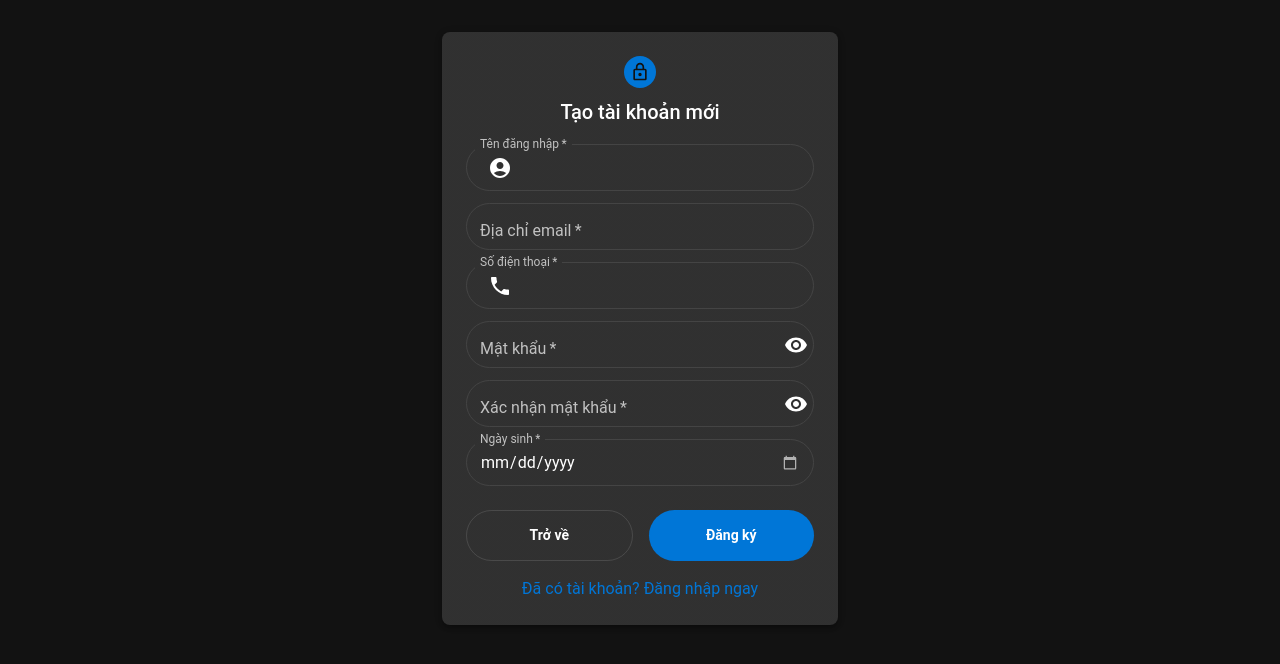
Repository: thtrunghau/ecommerce-ui-dacntt
Page: /auth/register
The author's editor kept a copy of each file at every save. The page is drawn from the files as they stood at one save, then again after the next save.
The browser window is 1280 px wide. The pictures show the whole page.
The project was rebuilt for these pictures with package versions that can differ from the ones it lists, and the page was loaded fresh each time. Also part of the build but not shown: vite.config.ts, src/mockData/mockData.ts, src/utils/helpers.ts, src/components/shared/NavDropdown.tsx, src/components/shared/UserMenu.tsx, src/components/shared/Header.tsx, src/components/common/RoundedButton.tsx, src/components/features/home/HeroSection.tsx and 7 more.

Above is the page before, as saved 2025-06-13 00:23:02.

### src/index.css
@tailwind base;
@tailwind components;
@tailwind utilities;

/* Custom line clamp utilities */
.line-clamp-2 {
  display: -webkit-box;
  -webkit-line-clamp: 2;
  -webkit-box-orient: vertical;
  overflow: hidden;
}

/* Animation utilities */
@keyframes fade-in-up {
  from {
    opacity: 0;
    transform: translateY(20px);
  }
  to {
    opacity: 1;
    transform: translateY(0);
  }
}

.animate-fade-in-up {
  animation: fade-in-up 0.6s ease-out;
}

### src/App.tsx
import { BrowserRouter as Router, Routes, Route } from "react-router-dom";
import Header from "./components/shared/Header";
import Home from "./pages/Home";
import Footer from "./components/shared/Footer";
import { AuthProvider } from "./contexts/AuthContext";
import Register from "./pages/auth/Register";
import Login from "./pages/auth/Login";
import RegisterStandalone from "./pages/auth/RegisterStandalone";
import LoginStandalone from "./pages/auth/LoginStandalone";

export default function App() {
  return (
    <AuthProvider>
      <Router>
        {" "}
        <Routes>
          {" "}
          {/* Auth routes */}
          <Route path="/auth">
            <Route path="register" element={<RegisterStandalone />} />
            <Route path="login" element={<LoginStandalone />} />
          </Route>
          {/* Main layout routes with header/footer */}
          <Route
            path="/*"
            element={
              <div className="flex min-h-screen flex-col">
                <Header />
                <main className="flex-grow pt-24 lg:pt-28">
                  <Routes>
                    <Route path="/" element={<Home />} />
                    <Route path="/register" element={<Register />} />
                    <Route path="/login" element={<Login />} />
                    {/* Add other routes here as needed */}
                  </Routes>
                </main>
                <Footer />
              </div>
            }
          />
        </Routes>
      </Router>
    </AuthProvider>
  );
}

### src/contexts/AuthContext.tsx
import {
  createContext,
  useContext,
  useState,
  type ReactNode,
  useMemo,
} from "react";

interface User {
  id: string;
  username: string;
  email: string;
  phone?: string; // Thêm trường số điện thoại
  name?: string;
  avatar?: string;
}

interface AuthContextType {
  isAuthenticated: boolean;
  user: User | null;
  login: (user: User) => void;
  logout: () => void;
  register: (user: User) => void;
}

const AuthContext = createContext<AuthContextType | undefined>(undefined);

export const AuthProvider = ({ children }: { children: ReactNode }) => {
  const [user, setUser] = useState<User | null>(null);

  // Kiểm tra trạng thái xác thực từ localStorage khi khởi động
  const isAuthenticated = Boolean(user);

  const login = (userData: User) => {
    setUser(userData);
    localStorage.setItem("user", JSON.stringify(userData));
  };

  const logout = () => {
    setUser(null);
    localStorage.removeItem("user");
  };

  const register = (userData: User) => {
    // Trong thực tế, đây là nơi bạn sẽ gọi API đăng ký
    setUser(userData);
    localStorage.setItem("user", JSON.stringify(userData));
  };

  const value = useMemo(
    () => ({
      isAuthenticated,
      user,
      login,
      logout,
      register,
    }),
    [isAuthenticated, user],
  );

  return <AuthContext.Provider value={value}>{children}</AuthContext.Provider>;
};

export const useAuth = () => {
  const context = useContext(AuthContext);
  if (context === undefined) {
    throw new Error("useAuth must be used within an AuthProvider");
  }
  return context;
};

### src/pages/auth/RegisterStandalone.tsx
import React, { useState } from "react";
import { Link, useNavigate } from "react-router-dom";
import {
  Container,
  Box,
  Typography,
  TextField,
  Button,
  Paper,
  Avatar,
  IconButton,
  InputAdornment,
  ThemeProvider,
  createTheme,
  CssBaseline,
  Alert,
} from "@mui/material";
import {
  Visibility,
  VisibilityOff,
  AccountCircle,
  LockOutlined,
  Phone as PhoneIcon,
} from "@mui/icons-material";
import useAuthStore from "../../store/authStore";

const darkTheme = createTheme({
  palette: {
    mode: "dark",
    primary: { main: "#0076d7" },
    secondary: { main: "#30336b" },
    background: { default: "#121212", paper: "#1e1e1e" },
  },
  typography: {
    fontFamily: '"Samsung One", "Roboto", "Helvetica", "Arial", sans-serif',
  },  components: {
    MuiTextField: {
      styleOverrides: {
        root: {
          "& .MuiOutlinedInput-root": {
            "& fieldset": { borderRadius: "9999px", borderColor: "#444" },
            "&:hover fieldset": { borderColor: "#666" },
            "&.Mui-focused fieldset": { borderColor: "#0076d7" },
          },          "& .MuiInputBase-input": {
            padding: "12px 14px",
          },
          "& .MuiInputAdornment-root": {
            marginLeft: "8px",
            marginRight: "-4px",
          },
        },
      },
    },
    MuiButton: {
      styleOverrides: {
        root: {
          borderRadius: "4px",
          textTransform: "none",
          fontWeight: 600,            boxShadow: "none",
            padding: "12px 24px",
            borderRadius: "9999px",
            "&:hover": { boxShadow: "none" },
        },
        contained: {
          backgroundColor: "#0076d7",
          "&:hover": { backgroundColor: "#0067be" },
        },
        outlined: {
          borderColor: "rgba(255, 255, 255, 0.12)",
          color: "#fff",
          "&:hover": {
            borderColor: "rgba(255, 255, 255, 0.24)",
            backgroundColor: "rgba(255, 255, 255, 0.04)",
          },
        },
      },
    },
  },
});

interface FormData {
  username: string;
  email: string;
  phone: string;
  dateOfBirth: string;
  password: string;
  confirmPassword: string;
}

const initialFormData: FormData = {
  username: "",
  email: "",
  phone: "",
  dateOfBirth: "",
  password: "",
  confirmPassword: "",
};

const RegisterStandalone: React.FC = () => {
  const navigate = useNavigate();
  const { register } = useAuthStore();
  const [formData, setFormData] = useState<FormData>(initialFormData);
  const [showPassword, setShowPassword] = useState<boolean>(false);
  const [showConfirmPassword, setShowConfirmPassword] =
    useState<boolean>(false);
  const [errors, setErrors] = useState<Partial<FormData>>({});
  const [formError, setFormError] = useState<string | null>(null);

  const handleChange = (e: React.ChangeEvent<HTMLInputElement>) => {
    const { name, value } = e.target;
    setFormData((prev) => ({ ...prev, [name]: value }));
    if (errors[name as keyof FormData]) {
      setErrors((prev) => ({ ...prev, [name]: undefined }));
    }
    if (formError) setFormError(null);
  };

  const validateForm = (): boolean => {
    const newErrors: Partial<FormData> = {};
    let isValid = true;
    if (!formData.username.trim()) {
      newErrors.username = "Tên đăng nhập là bắt buộc";
      isValid = false;    } else if (formData.username.length < 3) {
      newErrors.username = "Tên đăng nhập phải có ít nhất 3 ký tự";
      isValid = false;
    }
    if (!formData.dateOfBirth) {
      newErrors.dateOfBirth = "Ngày sinh là bắt buộc";
      isValid = false;
    } else {
      const birthDate = new Date(formData.dateOfBirth);
      const today = new Date();
      if (birthDate >= today) {
        newErrors.dateOfBirth = "Ngày sinh không hợp lệ";
        isValid = false;
      }
    }
    if (!formData.email.trim()) {
      newErrors.email = "Email là bắt buộc";
      isValid = false;
    } else {
      const emailRegex = /^[^\s@]+@[^\s@]+\.[^\s@]+$/;
      if (!emailRegex.test(formData.email)) {
        newErrors.email = "Email không hợp lệ";
        isValid = false;
      }
    }
    if (!formData.phone.trim()) {
      newErrors.phone = "Số điện thoại là bắt buộc";
      isValid = false;
    } else {
      const phoneRegex = /^0\d{9}$/;
      if (!phoneRegex.test(formData.phone)) {
        newErrors.phone =
          "Số điện thoại không hợp lệ (phải có 10 số và bắt đầu bằng 0)";
        isValid = false;
      }
    }
    if (!formData.password) {
      newErrors.password = "Mật khẩu là bắt buộc";
      isValid = false;
    } else if (formData.password.length < 6) {
      newErrors.password = "Mật khẩu phải có ít nhất 6 ký tự";
      isValid = false;
    }
    if (formData.password !== formData.confirmPassword) {
      newErrors.confirmPassword = "Mật khẩu xác nhận không khớp";
      isValid = false;
    }
    setErrors(newErrors);
    return isValid;
  };

  const handleSubmit = (e: React.FormEvent<HTMLFormElement>) => {
    e.preventDefault();
    if (validateForm()) {
      try {
        const newUser = {
          id: crypto.randomUUID(),
          username: formData.username,
          email: formData.email,
          phone: formData.phone,
        };
        register(newUser);
        navigate("/");
      } catch (error) {
        setFormError("Đã xảy ra lỗi khi đăng ký. Vui lòng thử lại.");
        console.error("Registration error:", error);
      }
    }
  };

  return (
    <ThemeProvider theme={darkTheme}>
      <CssBaseline />      <Container component="main" maxWidth="xs" sx={{ mb: 4, mt: 4 }}>
        <Paper
          elevation={3}
          sx={{
            p: 3,
            display: "flex",
            flexDirection: "column",
            alignItems: "center",
            bgcolor: "background.paper",
            borderRadius: 2,
          }}
        >
          <Avatar sx={{ mb: 1, bgcolor: "primary.main", width: 32, height: 32 }}>
            <LockOutlined sx={{ fontSize: 20 }} />
          </Avatar>
          <Typography component="h1" variant="h6" sx={{ mb: 2 }}>
            Tạo tài khoản mới
          </Typography>
          {formError && (
            <Alert severity="error" sx={{ width: "100%", mb: 2 }}>
              {formError}
            </Alert>
          )}
          <Box component="form" onSubmit={handleSubmit} sx={{ width: "100%" }}>            <div className="flex flex-col gap-3">
              <TextField
                name="username"
                required
                fullWidth
                id="username"
                label="Tên đăng nhập"
                value={formData.username}
                onChange={handleChange}
                error={Boolean(errors.username)}
                helperText={errors.username}
                InputProps={{
                  startAdornment: (
                    <InputAdornment position="start">
                      <AccountCircle sx={{ color: "action.active" }} />
                    </InputAdornment>
                  ),
                }}
              />
              <TextField
                required
                fullWidth
                id="email"
                label="Địa chỉ email"
                name="email"
                autoComplete="email"
                value={formData.email}
                onChange={handleChange}
                error={Boolean(errors.email)}
                helperText={errors.email}
              />
              <TextField
                required
                fullWidth
                id="phone"
                label="Số điện thoại"
                name="phone"
                autoComplete="tel"
                value={formData.phone}
                onChange={handleChange}
                error={Boolean(errors.phone)}
                helperText={errors.phone}
                InputProps={{
                  startAdornment: (
                    <InputAdornment position="start">
                      <PhoneIcon sx={{ color: "action.active" }} />
                    </InputAdornment>
                  ),
                }}
              />
              <TextField
                required
                fullWidth
                name="password"
                label="Mật khẩu"
                type={showPassword ? "text" : "password"}
                id="password"
                autoComplete="new-password"
                value={formData.password}
                onChange={handleChange}
                error={Boolean(errors.password)}
                helperText={errors.password}
                InputProps={{
                  endAdornment: (
                    <InputAdornment position="end">
                      <IconButton
                        aria-label="toggle password visibility"
                        onClick={() => setShowPassword(!showPassword)}
                        edge="end"
                      >
                        {showPassword ? <VisibilityOff /> : <Visibility />}
                      </IconButton>
                    </InputAdornment>
                  ),
                }}
              />              <TextField
                required
                fullWidth
                name="confirmPassword"
                label="Xác nhận mật khẩu"
                type={showConfirmPassword ? "text" : "password"}
                id="confirmPassword"
                value={formData.confirmPassword}
                onChange={handleChange}
                error={Boolean(errors.confirmPassword)}
                helperText={errors.confirmPassword}
                InputProps={{
                  endAdornment: (
                    <InputAdornment position="end">
                      <IconButton
                        aria-label="toggle confirm password visibility"
                        onClick={() =>
                          setShowConfirmPassword(!showConfirmPassword)
                        }
                        edge="end"
                      >
                        {showConfirmPassword ? (
                          <VisibilityOff />
                        ) : (
                          <Visibility />
                        )}
                      </IconButton>
                    </InputAdornment>
                  ),
                }}
              />
              <TextField
                required
                fullWidth
                id="dateOfBirth"
                label="Ngày sinh"
                name="dateOfBirth"
                type="date"
                value={formData.dateOfBirth}
                onChange={handleChange}
                error={Boolean(errors.dateOfBirth)}
                helperText={errors.dateOfBirth}
                InputLabelProps={{
                  shrink: true,
                }}
                sx={{
                  "& input[type=date]::-webkit-calendar-picker-indicator": {
                    filter: "invert(0.7)",
                  },
                }}
              />
            </div>
            <div className="flex gap-4 mt-6">
              <Button
                onClick={() => navigate(-1)}
                fullWidth
                variant="outlined"
                sx={{
                  borderRadius: "9999px",
                  py: 1.5,
                  borderColor: "rgba(255, 255, 255, 0.12)",
                  "&:hover": {
                    borderColor: "rgba(255, 255, 255, 0.24)",
                  },
                }}
              >
                Trở về
              </Button>
              <Button
                type="submit"
                fullWidth
                variant="contained"
                sx={{
                  borderRadius: "9999px",
                  py: 1.5,
                  bgcolor: "#0076d7",
                  "&:hover": {
                    bgcolor: "#0067be",
                  },
                }}
              >
                Đăng ký
              </Button>
            </div>            <div className="flex justify-center mt-4">
              <Link
                to="/auth/login"
                className="text-primary hover:text-primary/90 transition-colors duration-200"
                style={{ color: darkTheme.palette.primary.main }}
              >
                Đã có tài khoản? Đăng nhập ngay
              </Link>
            </div>
          </Box>
        </Paper>
      </Container>
    </ThemeProvider>
  );
};

export default RegisterStandalone;

### src/store/authStore.ts
import { create } from "zustand";

interface User {
  id: string;
  username: string;
  email: string;
  phone?: string; // Thêm trường số điện thoại
  name?: string;
  avatar?: string;
}

interface AuthState {
  isAuthenticated: boolean;
  user: User | null;
  login: (user: User) => void;
  logout: () => void;
  register: (user: User) => void;
}

// Tạo Auth Store với Zustand
const useAuthStore = create<AuthState>((set) => {
  // Kiểm tra user từ localStorage
  const savedUser = localStorage.getItem("user");
  const parsedUser = savedUser ? JSON.parse(savedUser) : null;

  return {
    isAuthenticated: Boolean(parsedUser),
    user: parsedUser,

    login: (user) => {
      localStorage.setItem("user", JSON.stringify(user));
      set({ isAuthenticated: true, user });
    },

    logout: () => {
      localStorage.removeItem("user");
      set({ isAuthenticated: false, user: null });
    },

    register: (user) => {
      localStorage.setItem("user", JSON.stringify(user));
      set({ isAuthenticated: true, user });
    },
  };
});

export default useAuthStore;

### tailwind.config.js
/** @type {import('tailwindcss').Config} */
export default {
  content: ["./index.html", "./src/**/*.{js,ts,jsx,tsx}"],
  theme: {
    extend: {},
  },
  plugins: [],
  corePlugins: {
    lineClamp: true,
  },
};

Loaded but not shown: index.html (common file); src/main.tsx (common file)

After the next save:
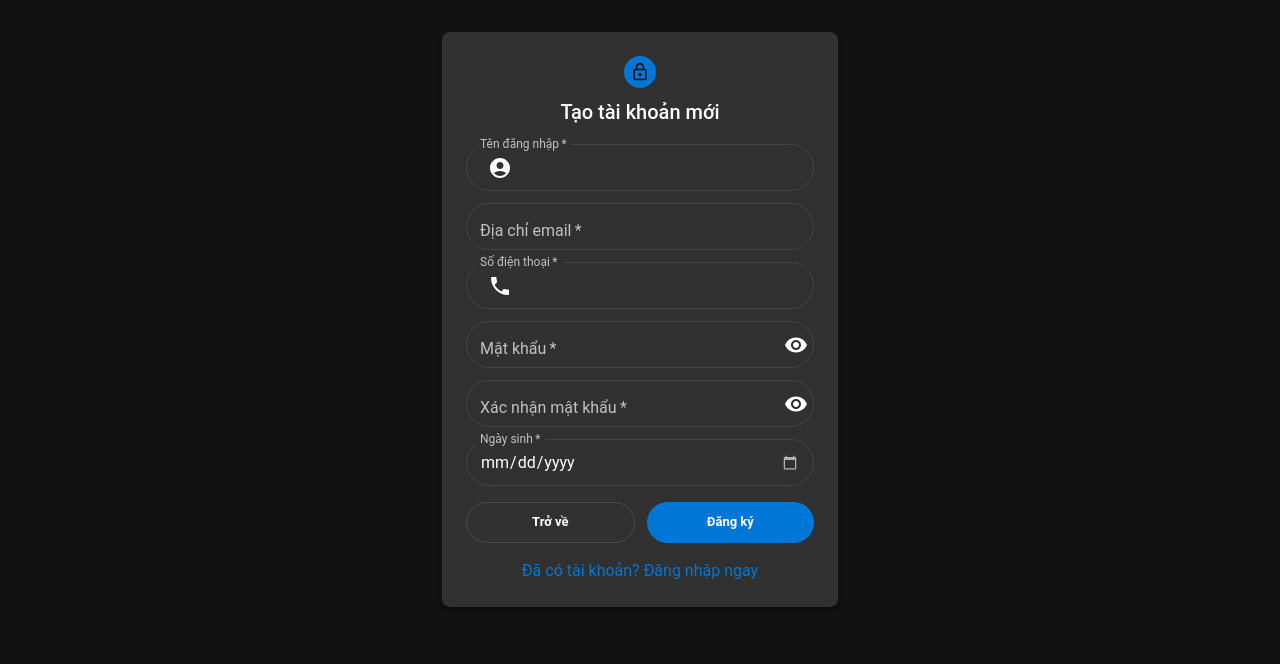
Saved 17 s later.
--- a/src/pages/auth/RegisterStandalone.tsx
+++ b/src/pages/auth/RegisterStandalone.tsx
@@ -341,15 +341,15 @@ const RegisterStandalone: React.FC = () => {
                   },
                 }}
               />
-            </div>
-            <div className="flex gap-4 mt-6">
+            </div>            <div className="flex gap-3 mt-4">
               <Button
                 onClick={() => navigate(-1)}
                 fullWidth
                 variant="outlined"
+                size="small"
                 sx={{
                   borderRadius: "9999px",
-                  py: 1.5,
+                  py: 1,
                   borderColor: "rgba(255, 255, 255, 0.12)",
                   "&:hover": {
                     borderColor: "rgba(255, 255, 255, 0.24)",
@@ -362,9 +362,10 @@ const RegisterStandalone: React.FC = () => {
                 type="submit"
                 fullWidth
                 variant="contained"
+                size="small"
                 sx={{
                   borderRadius: "9999px",
-                  py: 1.5,
+                  py: 1,
                   bgcolor: "#0076d7",
                   "&:hover": {
                     bgcolor: "#0067be",
@@ -373,7 +374,7 @@ const RegisterStandalone: React.FC = () => {
               >
                 Đăng ký
               </Button>
-            </div>            <div className="flex justify-center mt-4">
+            </div><div className="flex justify-center mt-4">
               <Link
                 to="/auth/login"
                 className="text-primary hover:text-primary/90 transition-colors duration-200"
